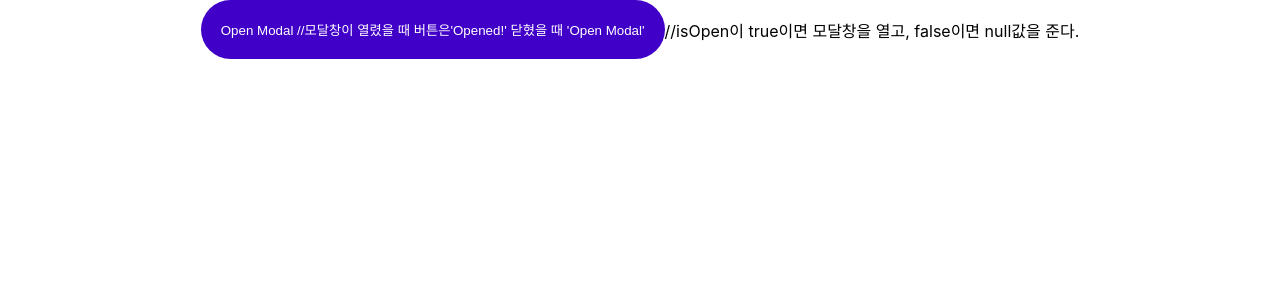
Repository: janghwahyun/wanted_pre_onboarding
Page: /Modal
The author's editor kept a copy of each file at every save. The page is drawn from the files as they stood at one save, then again after the next save.
The browser window is 1280 px wide. The pictures show the whole page.
The project was rebuilt for these pictures with package versions that can differ from the ones it lists, and the page was loaded fresh each time. Also part of the build but not shown: src/component/ClickToEdit.js, src/component/AutoComplete.js, src/component/Tab.js, src/component/Toggle.js.

Above is the page before, as saved 2022-02-11 13:11:59.

After the next save:
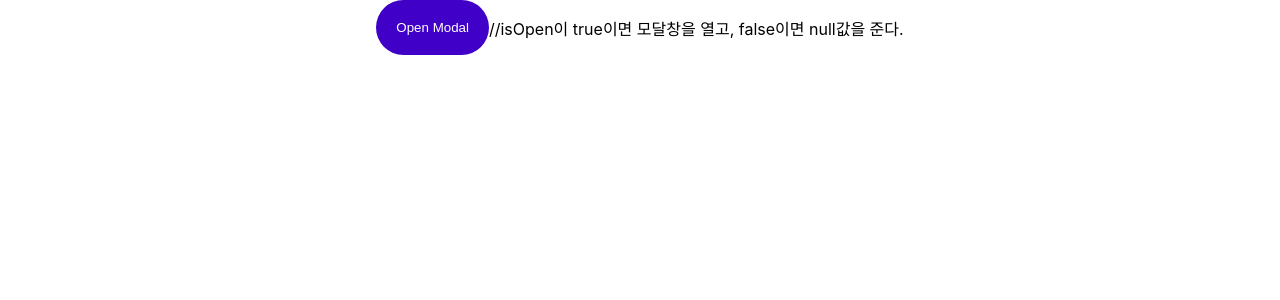
Saved 23 s later.
--- a/src/component/Modal.js
+++ b/src/component/Modal.js
@@ -10,7 +10,8 @@ const Modal = () => {
   return (
     <>
       <ModalContainer>
-        <ModalBtn onClick={openModalHandler}>{isOpen ? 'Opened!' : 'Open Modal'} //모달창이 열렸을 때 버튼은'Opened!' 닫혔을 때 'Open Modal'</ModalBtn>
+        {/* 모달창이 열렸을 때 버튼은'Opened!' 닫혔을 때 'Open Modal' */}
+        <ModalBtn onClick={openModalHandler}>{isOpen ? 'Opened!' : 'Open Modal'}</ModalBtn>
         //isOpen이 true이면 모달창을 열고, false이면 null값을 준다.
         {isOpen ? (
           <ModalBackdrop onClick={openModalHandler}>
